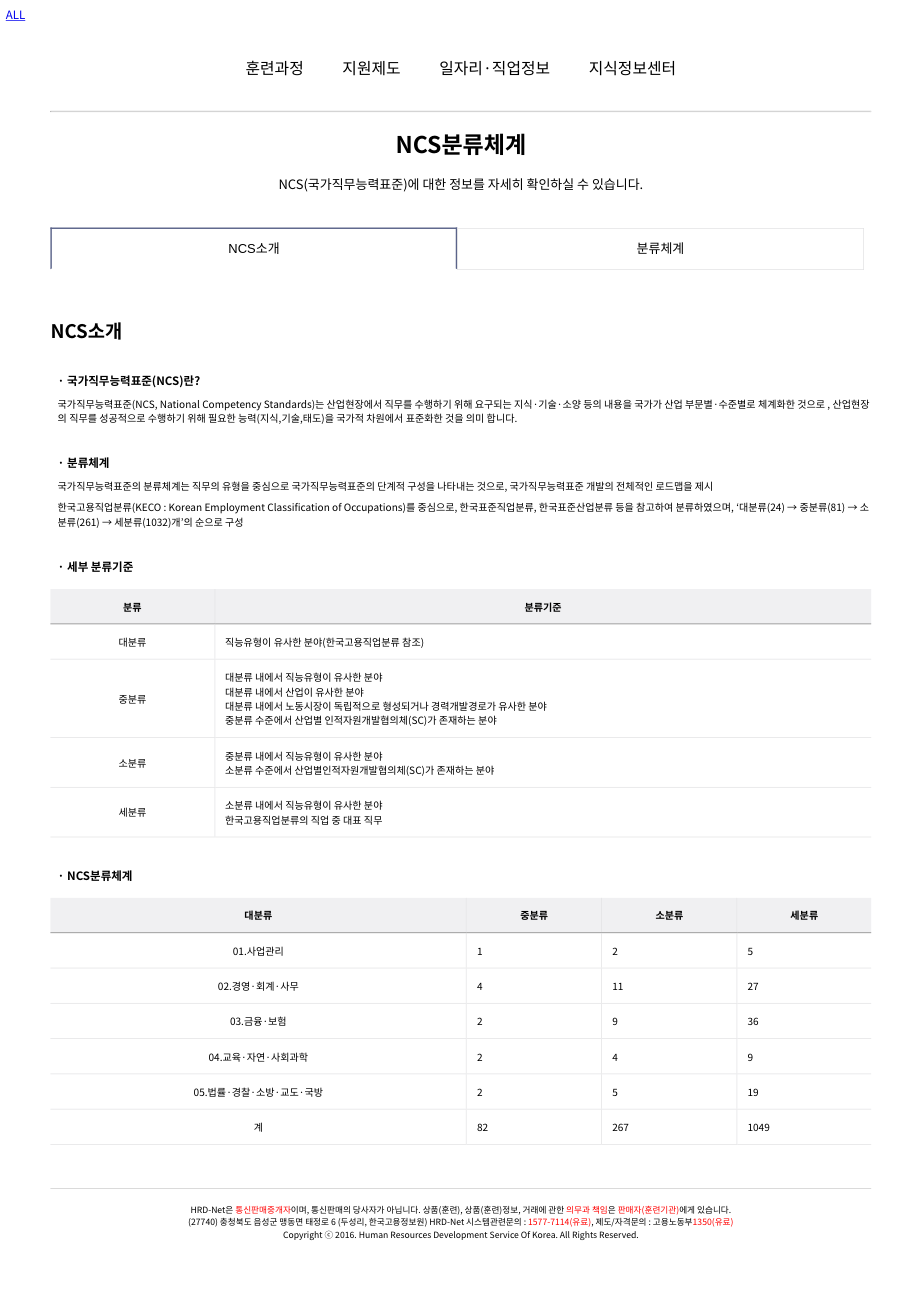
Repository: itkezi/HTML_2022_505
Page: Web/WebContent/HTML/0329_EX2.html
The author's editor kept a copy of each file at every save. The page is drawn from the files as they stood at one save, then again after the next save.
The browser window is 1280 px wide. The pictures show the whole page, at 72% of full size.

Above is the page before, as saved 2022-03-31 04:06:54.

After the next save:
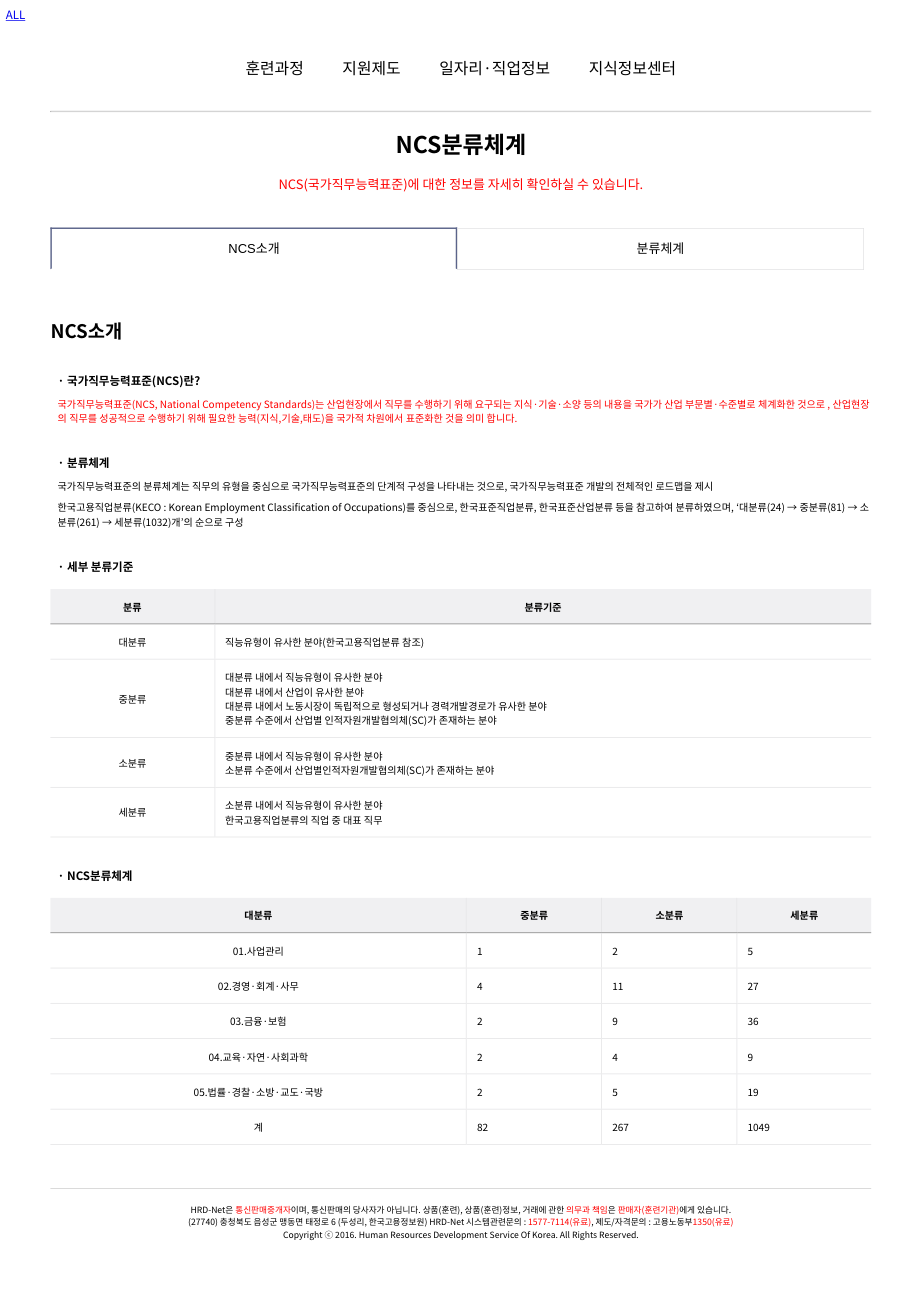
Saved 2 min 3 s later.
--- a/Web/WebContent/HTML/0329_EX2.html
+++ b/Web/WebContent/HTML/0329_EX2.html
@@ -142,14 +142,13 @@ footer p {
 }
 
 footer span {
-	color: red;
-
-/* lp태그의 부모 입장에서 볼 대 자식요소 2번째인 자식요소인 p태그
-p:nth-chid(2) {
+	color: red;}
+
+/* lp태그의 부모 입장에서 볼 대 자식요소 2번째인 자식요소인 p태그 */
+p:nth-child(2) {
 color:red;
 }
 
-}
 </style>
 
 </head>
